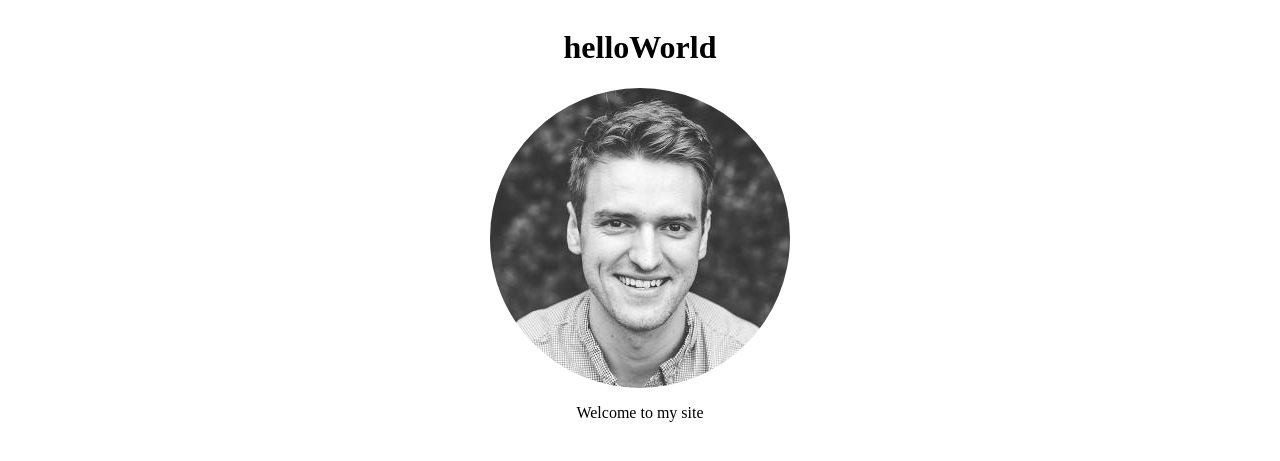
Repository: milespossing/Personal-Page
Page: index.html
The author's editor kept a copy of each file at every save. The page is drawn from the files as they stood at one save, then again after the next save.
The browser window is 1280 px wide. The pictures show the whole page.

Above is the page before, as saved 2019-09-19 21:07:23.

After the next save:
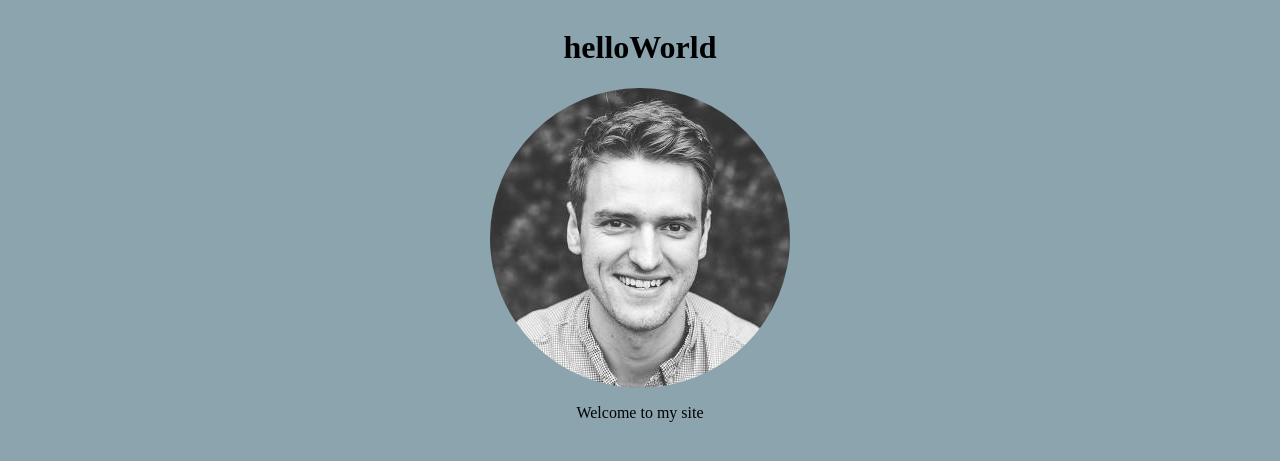
Saved 5 min 26 s later.
--- a/Styles/style.css
+++ b/Styles/style.css
@@ -3,6 +3,7 @@ body {
     flex-direction: column;
     align-content: center;
     align-items: center;
+    background: #8ba4ae;
 }
 
 .site-header {
